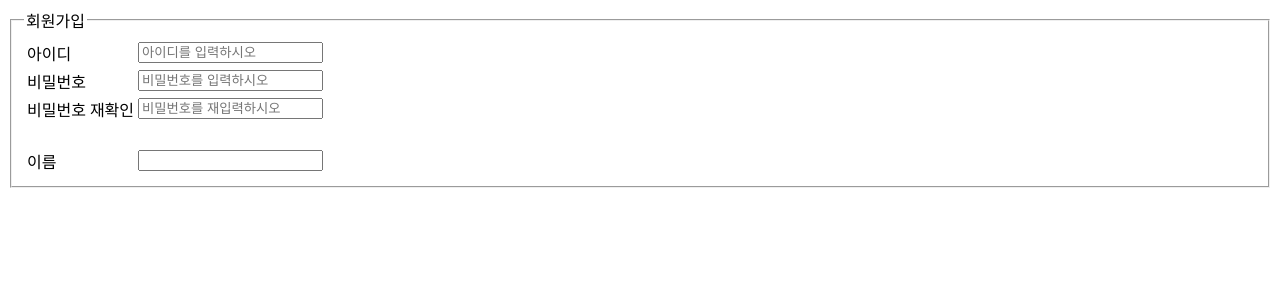
Repository: Scoobi-wisdoom/web
Page: d011/web/register.html
The author's editor kept a copy of each file at every save. The page is drawn from the files as they stood at one save, then again after the next save.
The browser window is 1280 px wide. The pictures show the whole page.

Above is the page before, as saved 2020-08-05 08:28:52.

### d011/web/register.html
<!DOCTYPE html>
<html>
<head>
<meta charset="EUC-KR">
<title>회원 가입</title>
</head>
<body>
<form action="register" method="GET">
	<fieldset>
		<legend>회원가입</legend>
		<table>
			<tr>
				<td>
					아이디
				</td>
				<td>
					<input type="text" name="id" size="20" placeholder="아이디를 입력하시오">
				</td>
			</tr>
			<tr>
				<td>
					비밀번호
				</td>
				<td>
					<input type="password" name="pwd" size="20" placeholder="비밀번호를 입력하시오">
				</td>
			</tr>
			<tr>
				<td>
					비밀번호 재확인
				</td>
				<td>
					<input type="password" name="rpwd" size="20" placeholder="비밀번호를 재입력하시오">
				</td>
			</tr>
				<td><br>
				</td>
			<tr>
			</tr>
			<tr>
				<td>
					이름
				</td>
				<td>
					<input type="text" name="name">
				</td>
			</tr>


		</table>
	</fieldset>
</form>
</body>
</html>

After the next save:
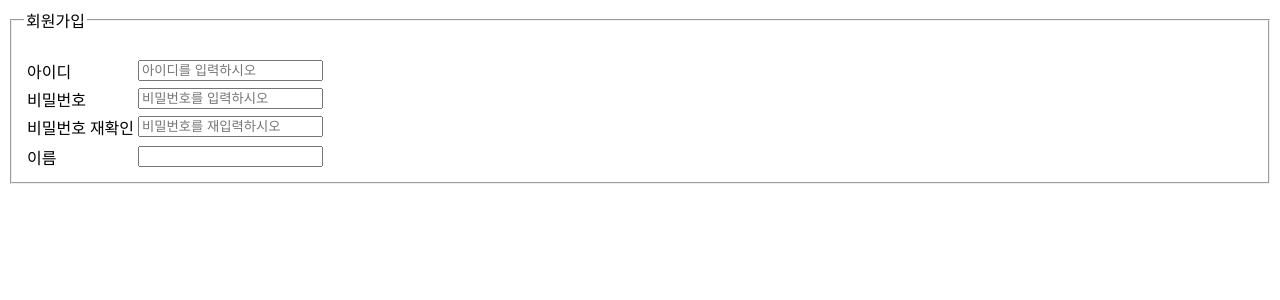
Saved 14 s later.
--- a/d011/web/register.html
+++ b/d011/web/register.html
@@ -33,8 +33,7 @@
 					<input type="password" name="rpwd" size="20" placeholder="비밀번호를 재입력하시오">
 				</td>
 			</tr>
-				<td><br>
-				</td>
+				<br>
 			<tr>
 			</tr>
 			<tr>

After the save that followed:
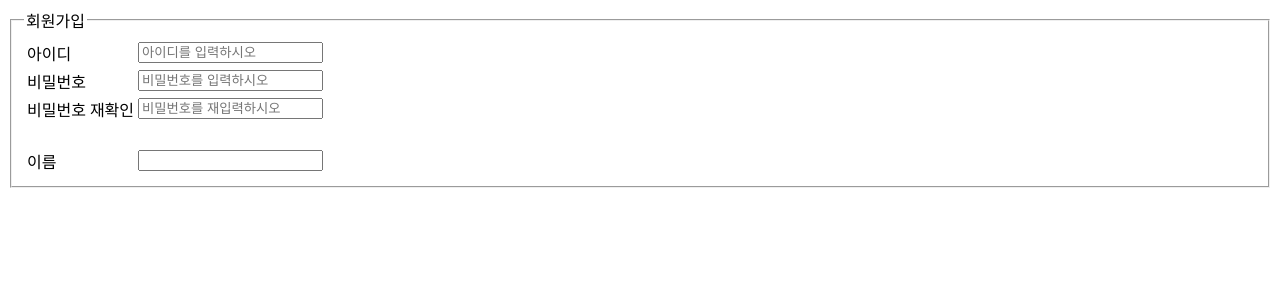
Saved 19 s later.
--- a/d011/web/register.html
+++ b/d011/web/register.html
@@ -33,7 +33,8 @@
 					<input type="password" name="rpwd" size="20" placeholder="비밀번호를 재입력하시오">
 				</td>
 			</tr>
-				<br>
+				<td><br>
+				</td>
 			<tr>
 			</tr>
 			<tr>
